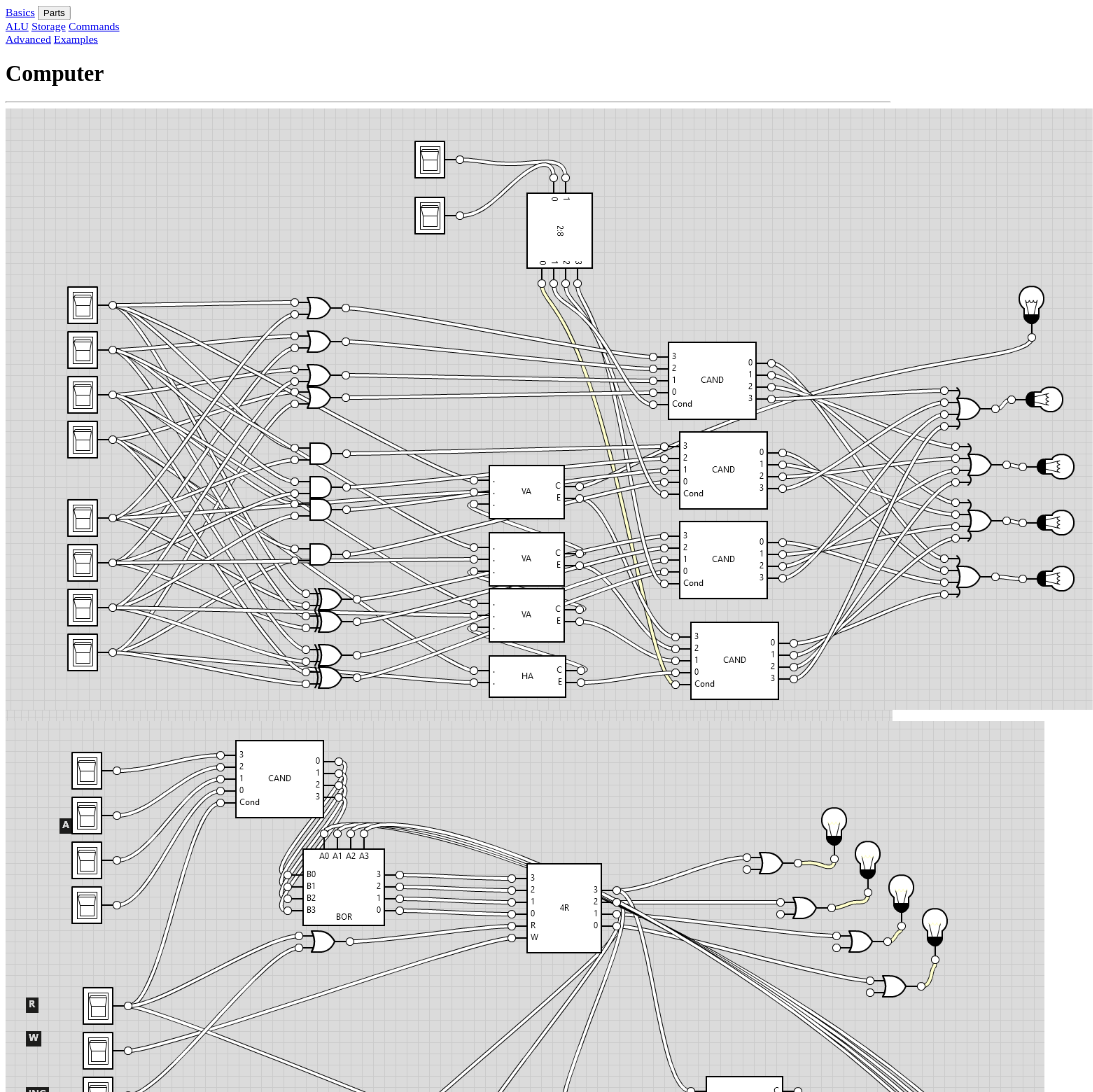
Repository: Max-Rohrhirsch/Max-Rohrhirsch.github.io
Page: documentation/special/computer.html
An editor plug-in stored every save of this project. The page is shown before and after the next save, followed by the edit.
The browser window is 1280 px wide. The page is 1561 px wide, so the pictures cover 1561 px, including what lies to the right of the window. The pictures show the part of the page from y = 0 to 1560 px (the page is 2725 px tall before and 2686 px after), at 70% of full size.

Above is the page before, as saved 2023-10-06 23:49:41.

After the next save:
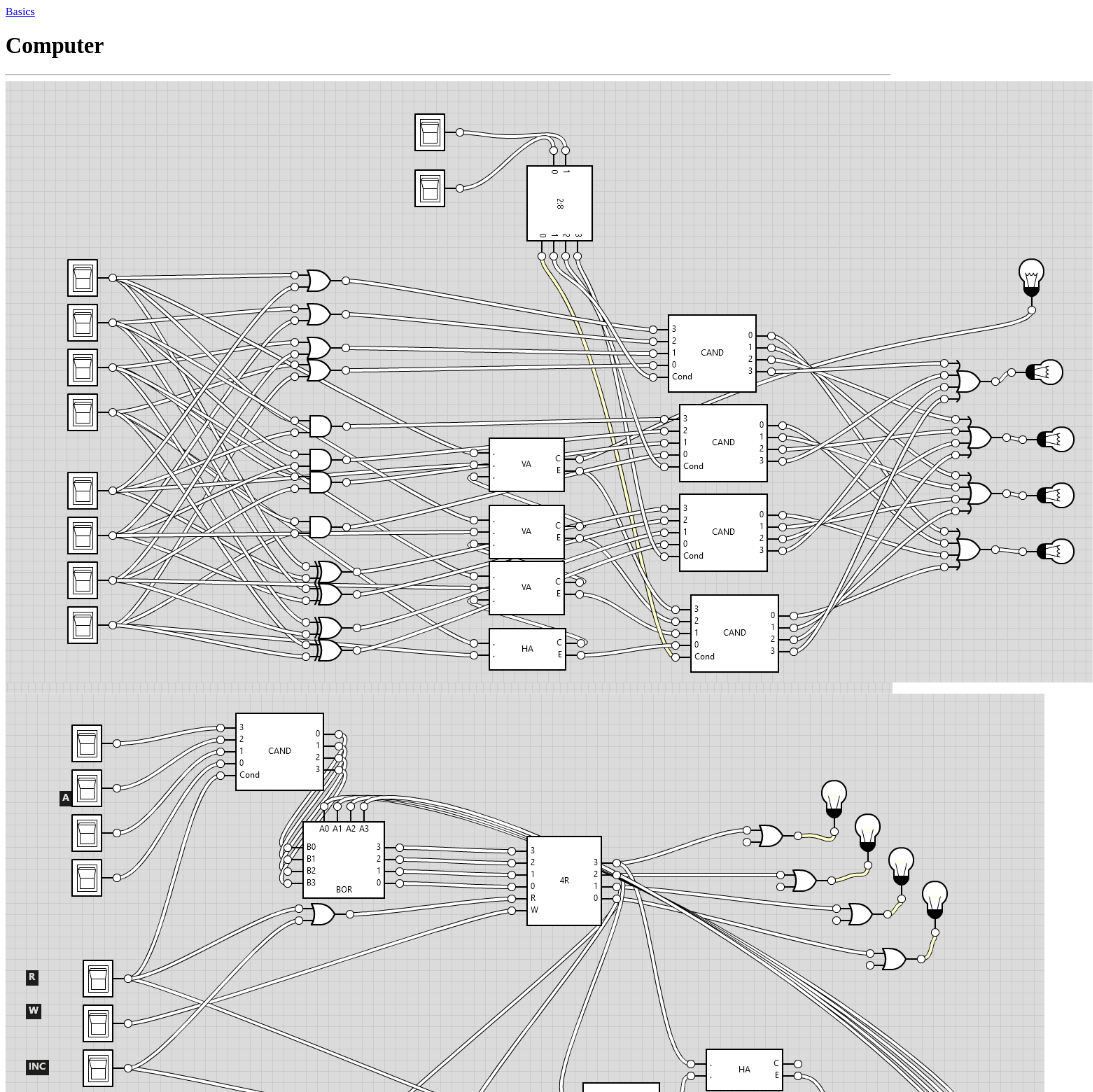
Saved 28 s later.
--- a/documentation/special/computer.html
+++ b/documentation/special/computer.html
@@ -4,16 +4,6 @@
         <!-- ------ SIDE NAVIGATION BAR ----- -->
         <div class="sidenav">
             <a href="/documentation/special/computer/computer.html">Basics</a>
-            <button class="dropdown-btn">Parts
-                <i class="fa fa-caret-down"></i>
-            </button>
-            <div class="dropdown-container">
-                <a href="/documentation/special/computer/simple.html">ALU</a>
-                <a href="/documentation/special/computer/remote.html">Storage</a>
-                <a href="/documentation/special/computer/uhr.html">Commands</a>
-            </div>
-            <a href="/documentation/special/computer/advanced.html">Advanced</a>
-            <a href="/documentation/special/computer/examples.html">Examples</a>
         </div>
 
 
